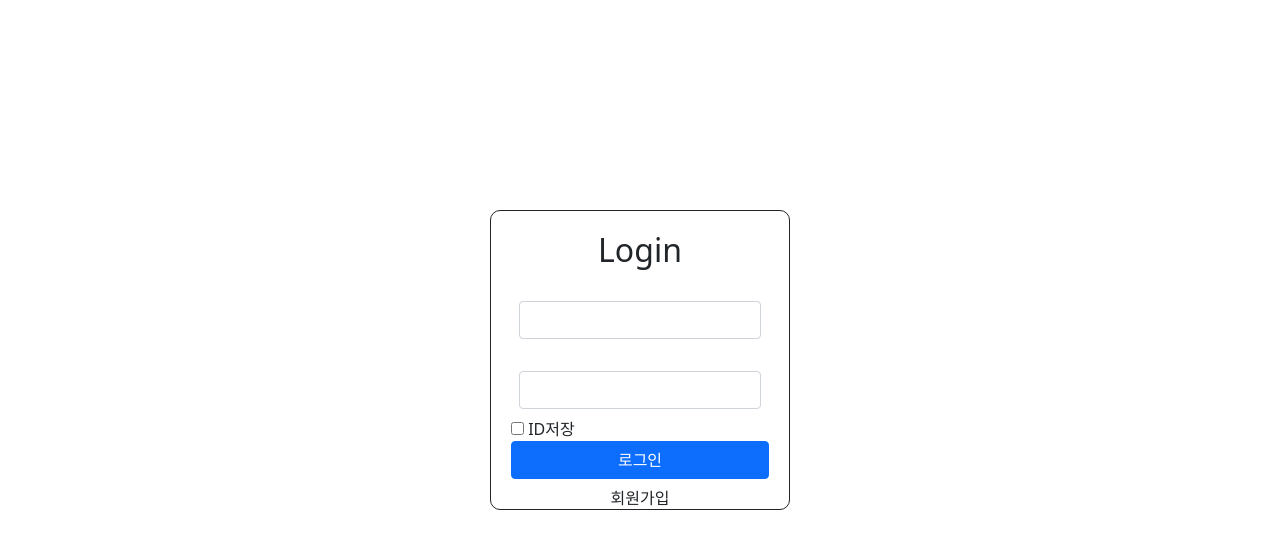
Repository: GotChun/DH_JSP
Page: http://localhost/01_JSP/C07/03/loginProc.jsp
An editor plug-in stored every save of this project. The page is shown before and after the next save, followed by the edit.
The browser window is 1280 px wide. The pictures show the whole page.
The page is served by Tomcat 9. Other server files are loaded and not shown.

Above is the page before, as saved 2024-10-23 05:28:26.

### 01_JSP/src/main/webapp/C07/03/loginProc.jsp
<%@ page language="java" contentType="text/html; charset=UTF-8"
	pageEncoding="UTF-8"%>
<!DOCTYPE html>
<html>
<head>
<meta charset="UTF-8">
<title>Insert title here</title>

<link
	href="https://cdn.jsdelivr.net/npm/bootstrap@5.0.2/dist/css/bootstrap.min.css"
	rel="stylesheet"
	integrity="sha384-EVSTQN3/azprG1Anm3QDgpJLIm9Nao0Yz1ztcQTwFspd3yD65VohhpuuCOmLASjC"
	crossorigin="anonymous">
<script
	src="https://cdn.jsdelivr.net/npm/bootstrap@5.0.2/dist/js/bootstrap.bundle.min.js"
	integrity="sha384-MrcW6ZMFYlzcLA8Nl+NtUVF0sA7MsXsP1UyJoMp4YLEuNSfAP+JcXn/tWtIaxVXM"
	crossorigin="anonymous"></script>

</head>
<body>

	<div class="wrapper">
		<header></header>
		<main
			style="width: 100%; height: 100vh; display: flex; justify-content: center; align-items: center;">
			<form
				style="width: 300px; height: 300px; padding: 20px; border: 1px solid; border-radius: 10px;">
				<div>
					<h2 style="text-align: center;">Login</h2>
				</div>
				<div class="m-2">
					<label for=""></label> <input type="text" class="form-control" />
				</div>
				<div class="m-2">
					<label for=""></label> <input type="text" class="form-control" />
				</div>

				<div>
					<input type="checkbox" class="form-check-label" /> <label for=""
						class="form-check-label">ID저장</label>
				</div>

				<div>
					<button class="btn btn-primary w-100">로그인</button>
				</div>
				<div>
					<button class="btn btn-warring w-100">회원가입</button>
				</div>
			</form>

		</main>
		<footer></footer>
	</div>





</body>
</html>

After the next save:
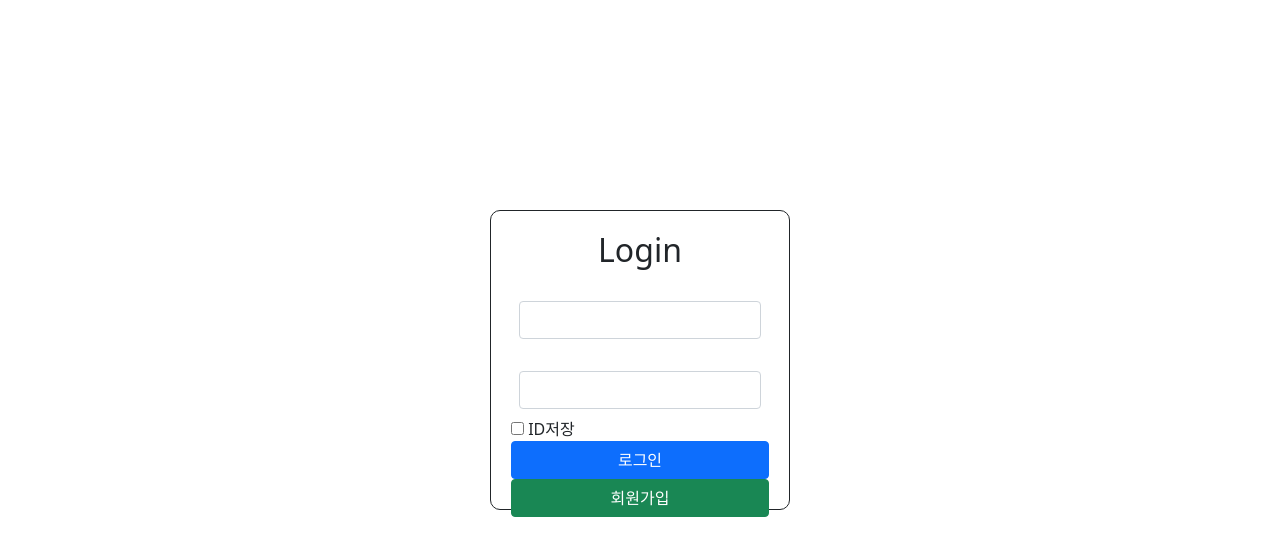
Saved 13 s later.
--- a/01_JSP/src/main/webapp/C07/03/loginProc.jsp
+++ b/01_JSP/src/main/webapp/C07/03/loginProc.jsp
@@ -44,7 +44,7 @@
 					<button class="btn btn-primary w-100">로그인</button>
 				</div>
 				<div>
-					<button class="btn btn-warring w-100">회원가입</button>
+					<button class="btn btn-success w-100">회원가입</button>
 				</div>
 			</form>
 
